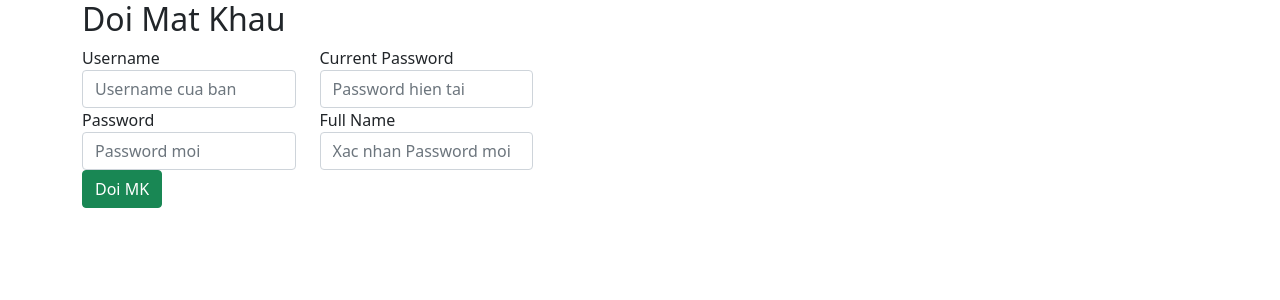
Repository: kiennd3921/AssJava4
Page: http://localhost/Assignment/view/admin/QLyAdmin.jsp
These files come from the project's save history. The page is drawn as it stood at one moment and after the next save; the edit follows.
The browser window is 1280 px wide. The pictures show the whole page.
The page is served by Tomcat 9.

Above is the page before, as saved 2021-04-16 00:55:48.

After the next save:
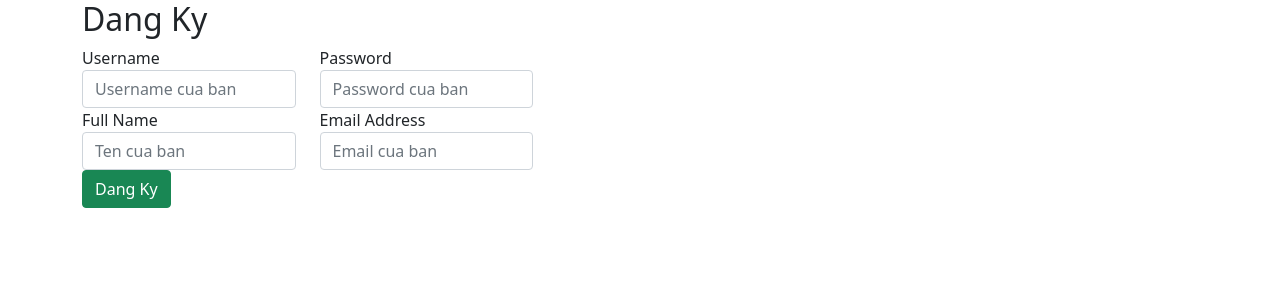
Saved 20 s later.
--- a/PT15307-UD/Assignment/WebContent/view/admin/QLyAdmin.jsp
+++ b/PT15307-UD/Assignment/WebContent/view/admin/QLyAdmin.jsp
@@ -20,32 +20,31 @@
 		<div class="row">
 			<div class="col-md-5">
 				<form>
-					<h2>Doi Mat Khau</h2>
+					<h2>Dang Ky</h2>
 					<div class="row">
 						<div class="col">
 							<label>Username</label> <input type="text" class="form-control"
 								placeholder="Username cua ban" required name="">
 						</div>
 						<div class="col">
-							<label>Current Password</label> <input type="password"
-								class="form-control" placeholder="Password hien tai" required
+							<label>Password</label> <input type="password"
+								class="form-control" placeholder="Password cua ban" required
 								name="">
 						</div>
 					</div>
 					<div class="row">
 						<div class="col">
-							<label>Password</label> <input type="password"
-								class="form-control" placeholder="Password moi" required
-								name="">
+							<label>Full Name</label> <input type="text" class="form-control"
+								placeholder="Ten cua ban" required name="">
 						</div>
 						<div class="col">
-							<label>Full Name</label> <input type="password"
-								class="form-control" placeholder="Xac nhan Password moi" required
+							<label>Email Address</label> <input type="email"
+								class="form-control" placeholder="Email cua ban" required
 								name="">
 						</div>
 					</div>
 					<div class="form-group">
-						<button class="btn btn-success" type="submit">Doi MK</button>
+						<button class="btn btn-success" type="submit">Dang Ky</button>
 					</div>
 				</form>
 			</div>
